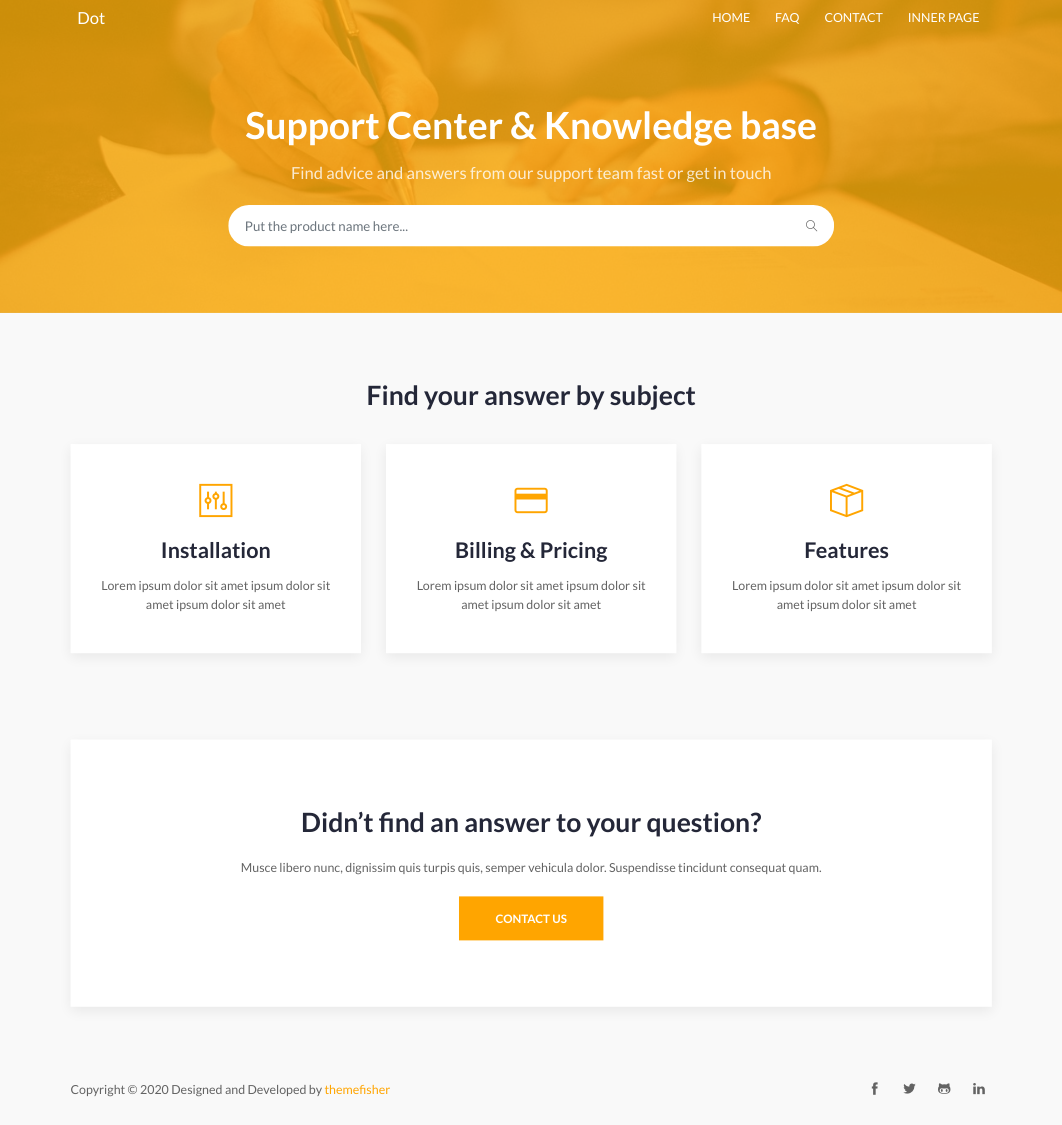
Repository: AlexThyCoolest/ReviewReader
Page: http://localhost/
An editor plug-in stored every save of this project. The page is shown before and after the next save, followed by the edit.
The browser window is 1280 px wide. The pictures show the whole page, at 83% of full size.
The page is served by the project's application, run on Flask 3 (main.py).

Above is the page before, as saved 2024-07-23 10:36:40.

After the next save:
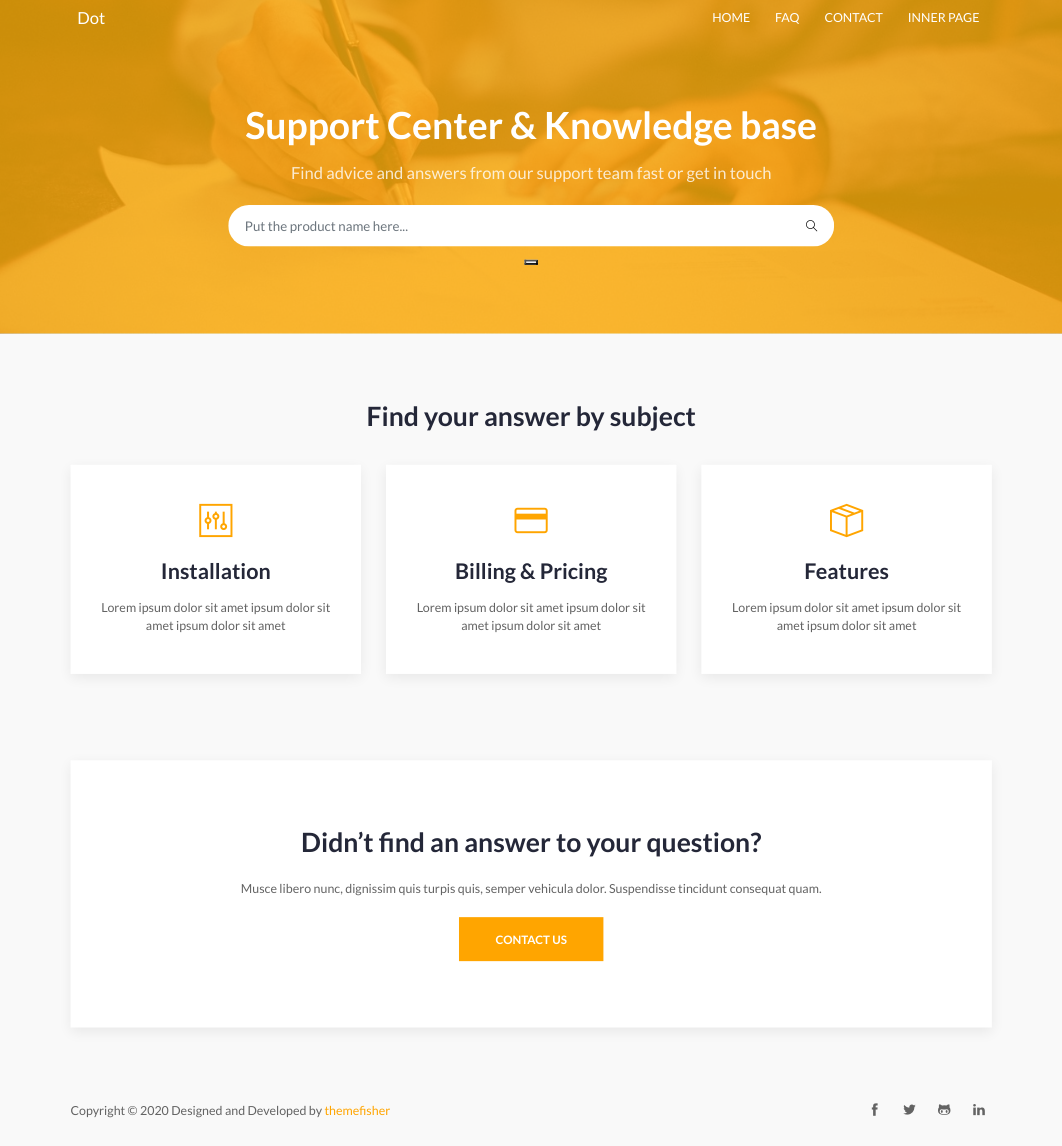
Saved 53 s later.
--- a/OYT/templates/index.html
+++ b/OYT/templates/index.html
@@ -77,7 +77,8 @@
                     <p class="text-white mb-4">Find advice and answers from our support team fast or get in touch</p>
                     <div class="position-relative">
                         <input id="articleURL" name="articleURL" type="text" class="form-control"
-                            placeholder="Put the product name here..."><i class="ti-search search-icon"></i>
+                            placeholder="Put the product name here...">
+                        <button><i class="ti-search search-icon"></i></button>
                     </div>
                 </div>
             </div>
